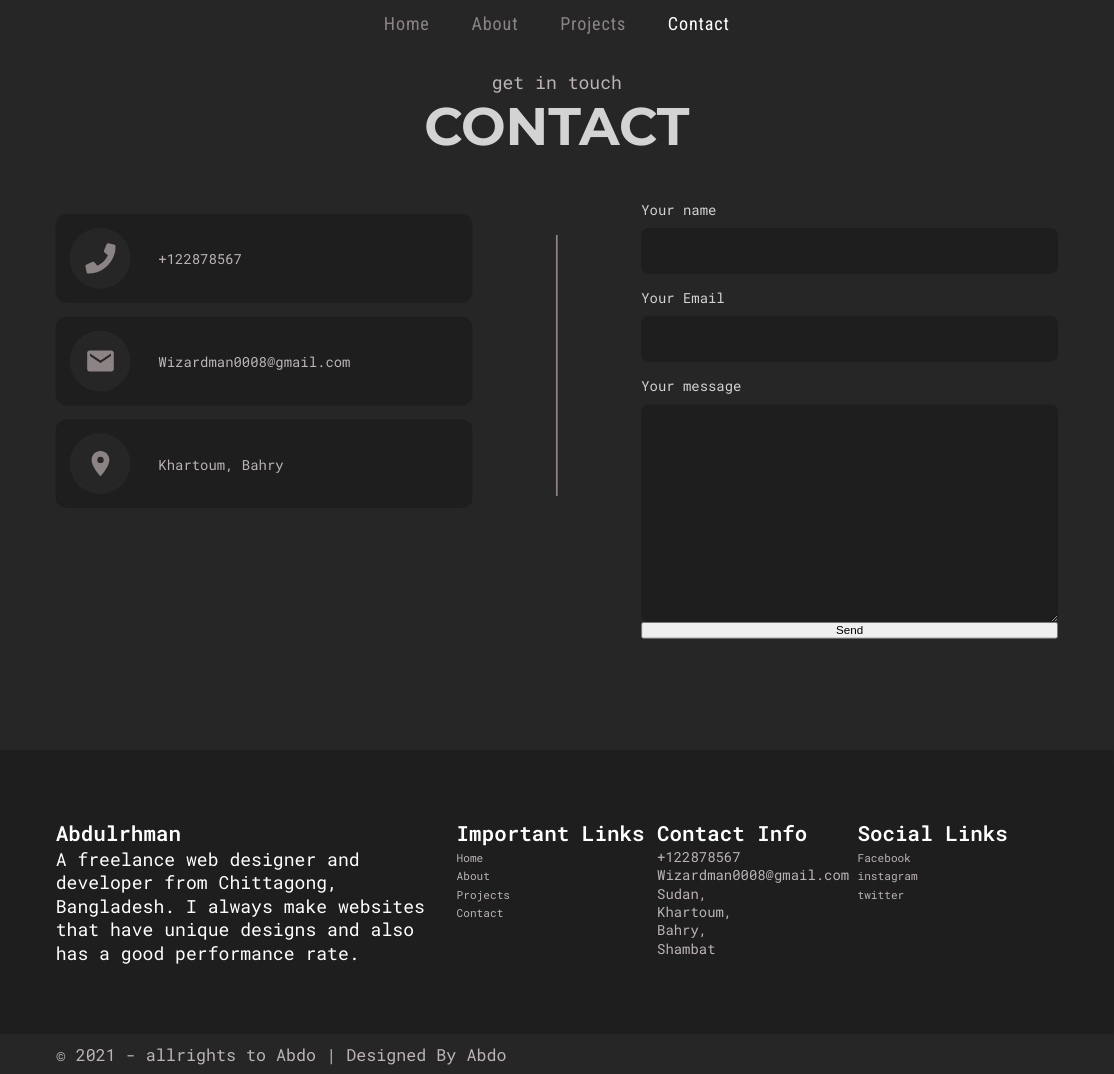
Repository: Abdoulrhman-altyeb/React-Typescript
Page: /contact
An editor plug-in stored every save of this project. The page is shown before and after the next save, followed by the edit.
The browser window is 1280 px wide. The pictures show the whole page, at 87% of full size.
The project was rebuilt for these pictures with package versions that can differ from the ones it lists, and the page was loaded fresh each time. Also part of the build but not shown: src/components/Button.tsx, src/components/ContactButton.tsx, src/components/HeroSection.tsx, src/components/AboutSection.tsx, src/assits/data/Services.ts, src/components/ServiceItems.tsx, src/components/ServicesSection.tsx, src/components/ProjectsSection.tsx and 3 more.

Above is the page before, as saved 2021-05-20 18:00:26.

After the next save:
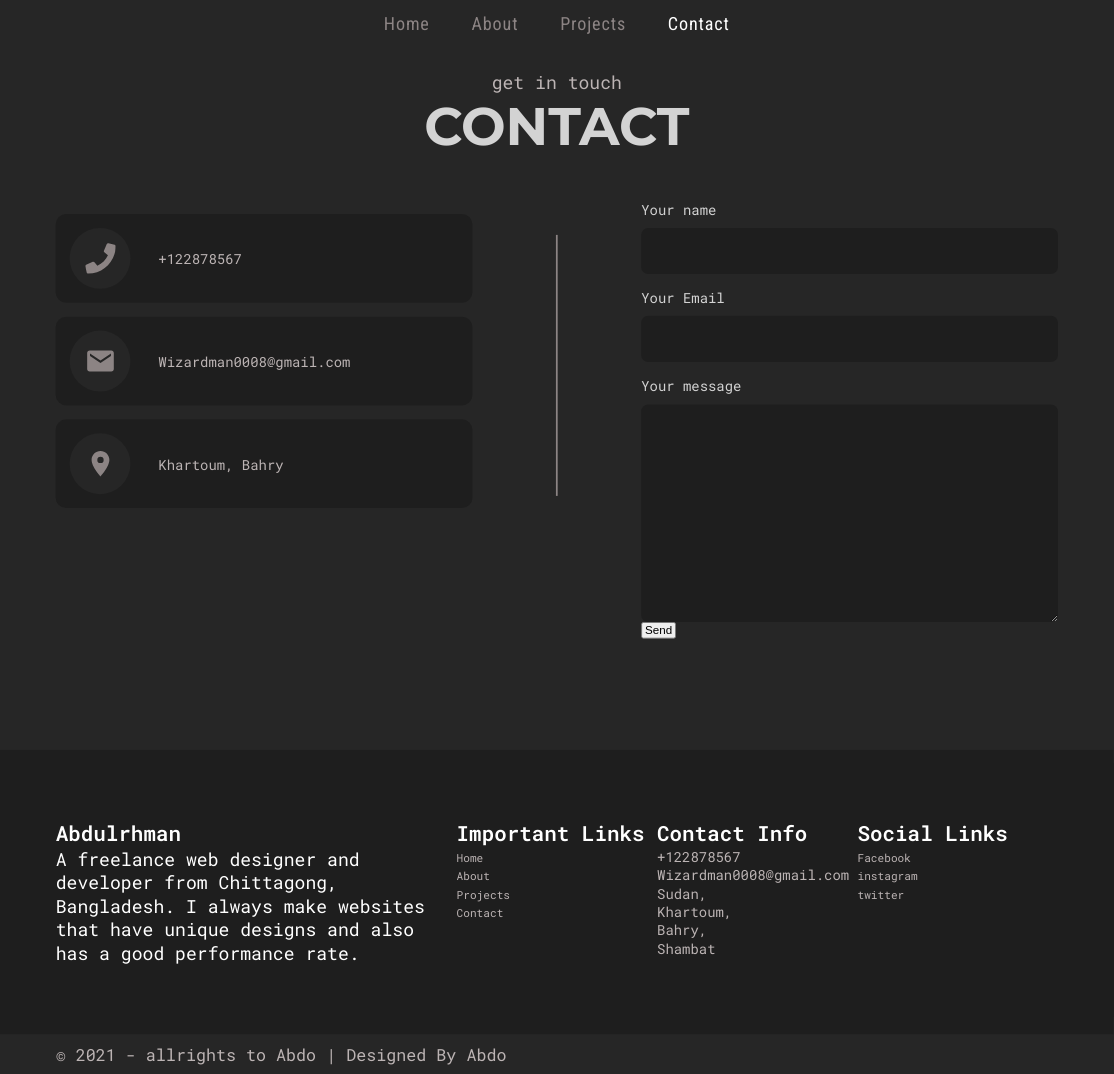
Saved 8 s later.
--- a/src/components/ContactSecion.tsx
+++ b/src/components/ContactSecion.tsx
@@ -127,7 +127,9 @@ const StyledDiv = styled.div`
         color:#8c8484;
         font-size:1.1rem;
     }
-
+    .btn{
+        width:40px;
+    }
 `;
 
 export default ContactSection;
